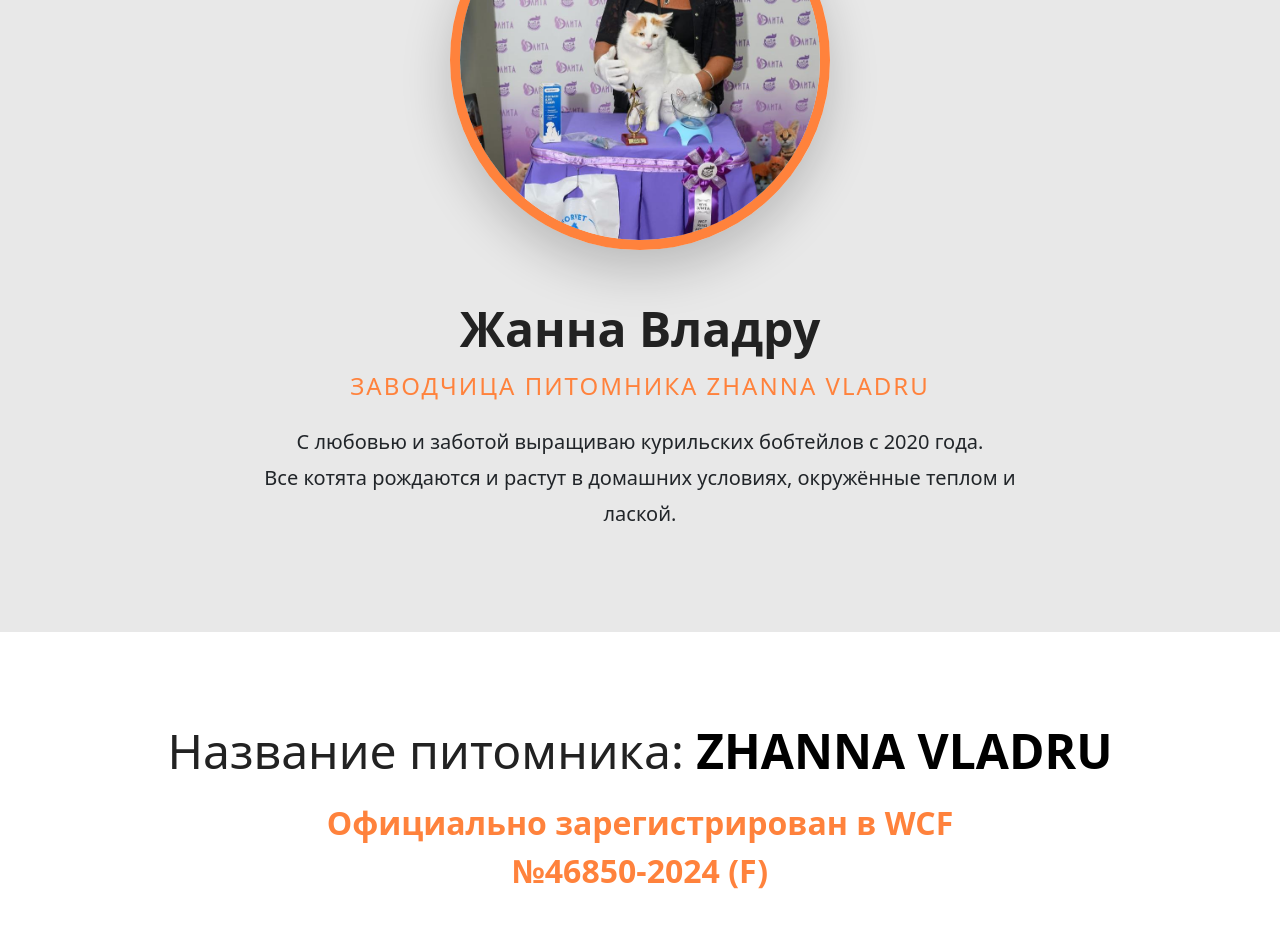
Repository: uliana007/Kuril-bobtails
Page: pages/benefits.html
The author's editor kept a copy of each file at every save. The page is drawn from the files as they stood at one save, then again after the next save.
The browser window is 1280 px wide. The pictures show the part of the page from y = 575 to 1527 px (the page is 2633 px tall).
A picture or video elsewhere on the page could not be fetched, so the positions and the page height are approximate.

Above is the page before, as saved 2025-11-27 19:36:37.

After the next save:
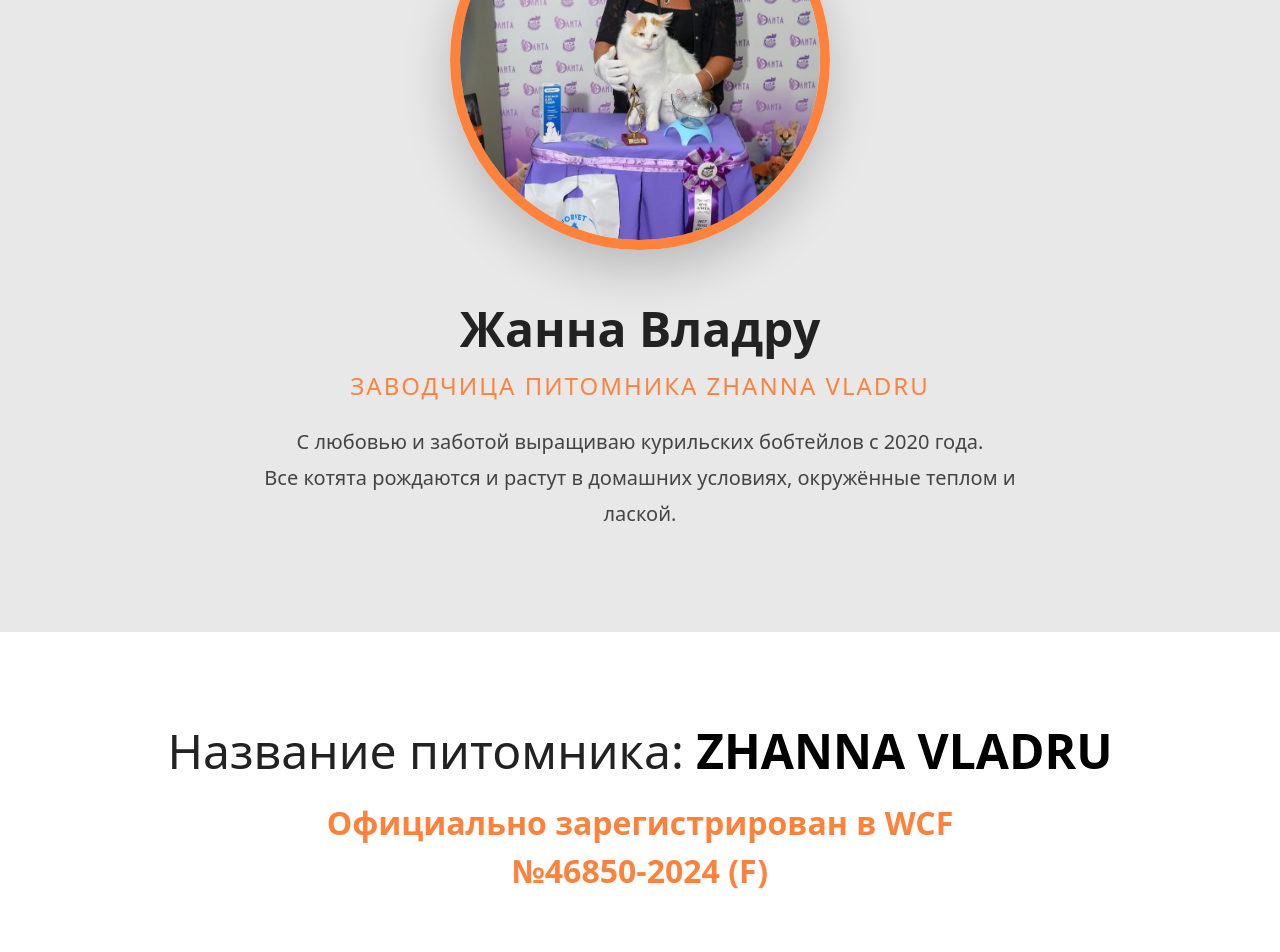
Saved 19 s later.
--- a/style/benefits.css
+++ b/style/benefits.css
@@ -63,7 +63,7 @@
     max-width: 800px;
     margin: 0 auto;
     line-height: 1.8;
-    color insn’t: #444;
+    color: #444;
 }
 
 /* Информация о питомнике */
